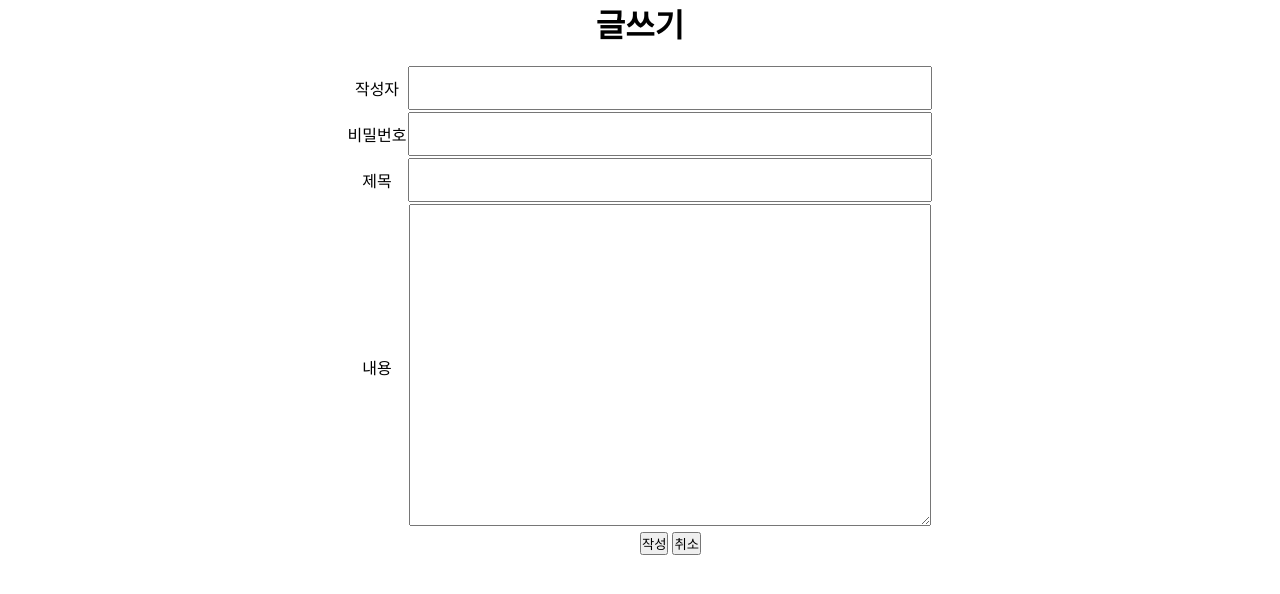
Repository: 1plus1equals3-true/Board-temp
Page: http://localhost/jsp/board/write.jsp
These files come from the project's save history. The page is drawn as it stood at one moment and after the next save; the edit follows.
The browser window is 1280 px wide. The pictures show the whole page.
The page is served by Tomcat 9. Other server files are loaded and not shown.

Above is the page before, as saved 2025-09-09 06:32:38.

### jsp/src/main/webapp/board/write.jsp
<%@ page language="java" contentType="text/html; charset=UTF-8"
    pageEncoding="UTF-8"%>
<!DOCTYPE html>
<html>
<head>
<meta charset="UTF-8">
<title>쓰기</title>
<style>
*{
	margin: 0 auto;
	padding: 0;
	text-align: center;
}
input[type=text] {
	text-align:left;
	width: 500px;
	height: 20px;
	padding: 10px;
}
.text {
	text-align:left;
	width: 500px;
	height: 300px;
	padding: 10px;
}
</style>
</head>
<body>

<h1>글쓰기</h1><br>
<form action="write_proc.jsp" method="get">
	<table>

		<tr>
			<td>작성자</td>
			<td><input type="text" name="writeid"></td>
		</tr>
		<tr>
			<td>비밀번호</td>
			<td><input type="text" name="writepass"></td>
		</tr>
		<tr>
			<td>제목</td>
			<td><input type="text" name="writetitle"></td>
		</tr>
		<tr>
			<td>내용</td>
			<td>
				<textarea class="text" name="writetext"></textarea>
			</td>
		</tr>
		<tr>
			<td></td>
			<td>
				<input type="submit" value="작성">
				<a href="list.jsp"><button type="button">취소</button></a>
			</td>
		</tr>

	</table>
</form>

</body>
</html>

After the next save:
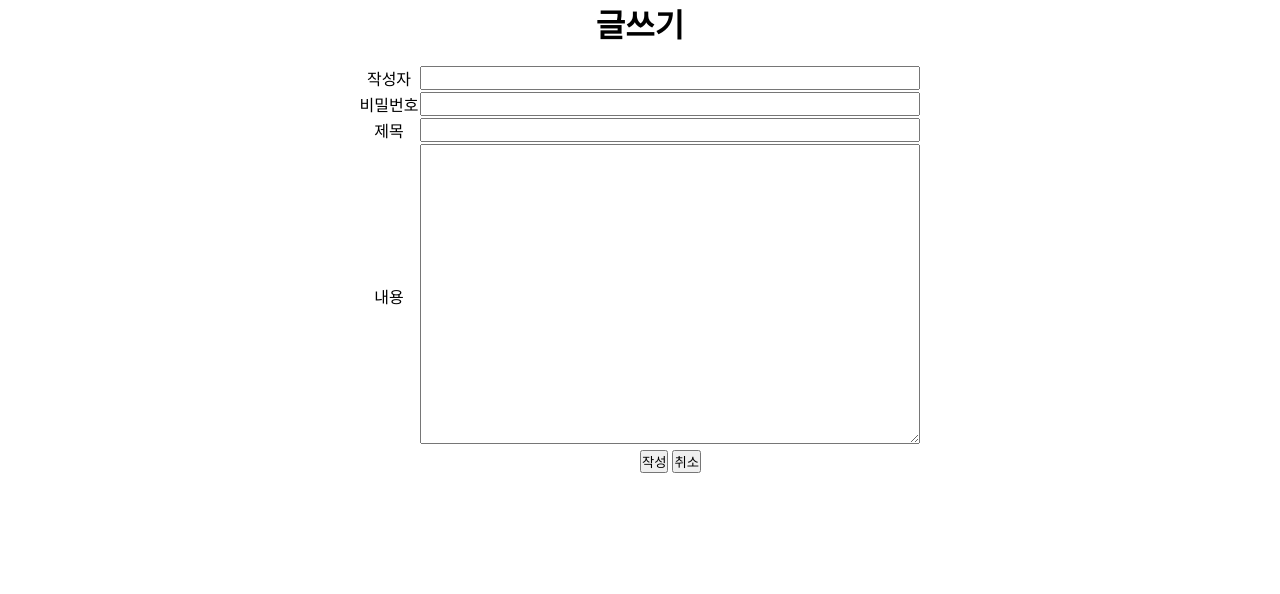
Saved 39 s later.
--- a/jsp/src/main/webapp/board/write.jsp
+++ b/jsp/src/main/webapp/board/write.jsp
@@ -10,6 +10,7 @@
 	margin: 0 auto;
 	padding: 0;
 	text-align: center;
+	box-sizing: border-box;
 }
 input[type=text] {
 	text-align:left;
